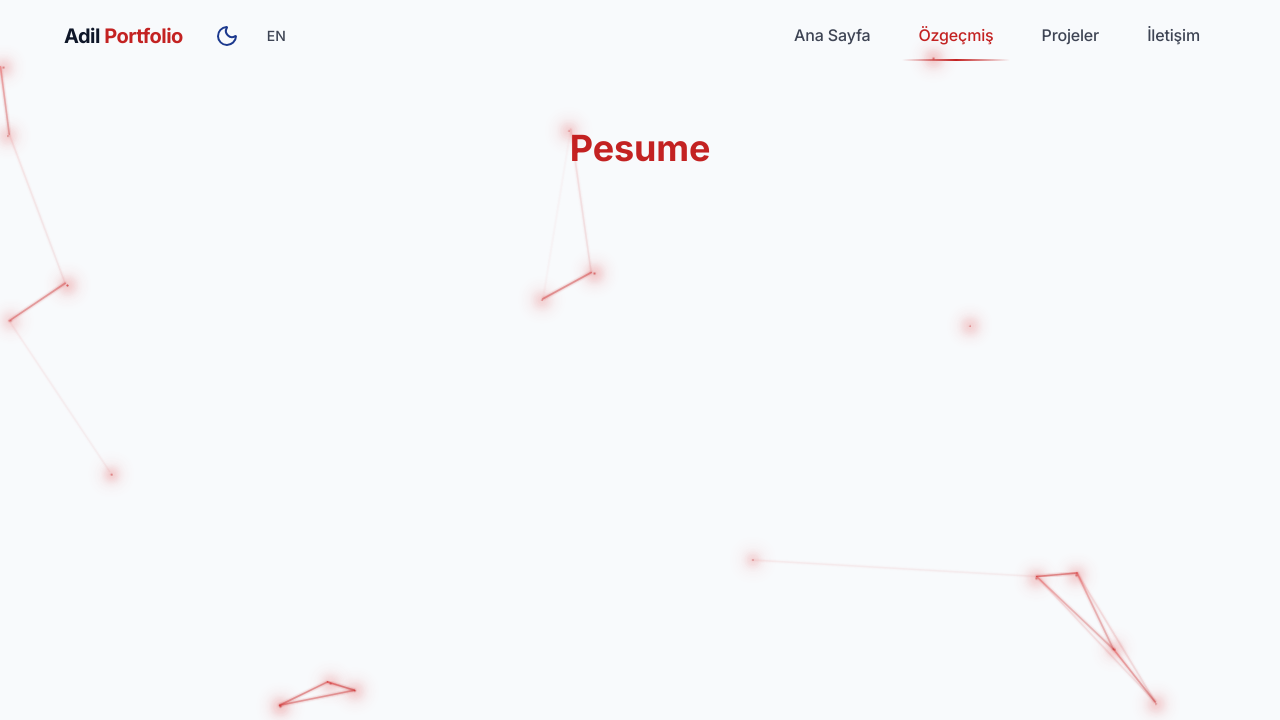
Repository: jusiann/personal-portfolio
Page: /tr/resume (app in my-portfolio/)
An editor plug-in stored every save of this project. The page is shown before and after the next save, followed by the edit.
The browser window is 1280 px wide. The pictures show the whole page.
The project was rebuilt for these pictures with package versions that can differ from the ones it lists, and the page was loaded fresh each time. Also part of the build but not shown: my-portfolio/vite.config.js, my-portfolio/src/components/HomeImage.jsx, my-portfolio/src/components/SocialLinks.jsx, my-portfolio/src/components/HomeCard.jsx, my-portfolio/src/pages/Home.jsx, my-portfolio/src/pages/Projects.jsx, my-portfolio/src/pages/Contact.jsx, my-portfolio/src/pages/NotFound.jsx.

Above is the page before, as saved 2025-11-20 20:34:06.

### my-portfolio/index.html
<!doctype html>
<html lang="en">
  <head>
    <meta charset="UTF-8" />
    <link rel="icon" type="image/svg+xml" href="/vite.svg" />
    <meta name="viewport" content="width=device-width, initial-scale=1.0" />
    <link rel="preconnect" href="https://fonts.googleapis.com">
    <link rel="preconnect" href="https://fonts.gstatic.com" crossorigin>
    <link href="https://fonts.googleapis.com/css2?family=Inter:wght@300;400;500;600;700;800&family=Source+Code+Pro:wght@400;500;600&display=swap" rel="stylesheet">
    <title>my-portfolio</title>
  </head>
  <body>
    <div id="root"></div>
    <script type="module" src="/src/main.jsx"></script>
  </body>
</html>

### my-portfolio/src/App.jsx
import { BrowserRouter, Routes, Route, Navigate, useLocation } from "react-router-dom"
import { AnimatePresence } from "framer-motion"
import { Home } from "./pages/Home";
import { Resume } from "./pages/Resume";
import { Projects } from "./pages/Projects";
import { Contact } from "./pages/Contact";
import { NotFound } from "./pages/NotFound";

function AnimatedRoutes() {
  const location = useLocation();

  return (
    <AnimatePresence mode="wait">
      <Routes location={location} key={location.pathname}>

        {/* TURKISH ROUTES */}
        <Route path="/" element={<Navigate to="/en" replace />} />
        <Route path="/tr" element={<Home />}/>
        <Route path="/tr/resume" element={<Resume />}/>
        <Route path="/tr/projects" element={<Projects />}/>
        <Route path="/tr/contact" element={<Contact />}/>

        {/* ENGLISH ROUTES */}
        <Route path="/en" element={<Home />}/>
        <Route path="/en/resume" element={<Resume />}/>
        <Route path="/en/projects" element={<Projects />}/>
        <Route path="/en/contact" element={<Contact />}/>
        <Route path="*" element={<NotFound />} />
      </Routes>
    </AnimatePresence>
  );
}

function App() {
  return (
    <BrowserRouter>
      <AnimatedRoutes />
    </BrowserRouter>
  )
}

export default App

### my-portfolio/src/pages/Resume.jsx
import {ThemeToggle} from "../components/ThemeToggle";
import {LanguageToggle} from "../components/LanguageToggle";
import {CrimsonWebBackground} from "../components/CrimsonWebBackground";
import {Navbar} from "../components/Navbar";
import {PageTransition} from "../components/PageTransition";


export const Resume = () => {

    return (
        <PageTransition>
        <div className="
                        min-h-screen
                        bg-background
                        text-foreground
                        overflow-x-hidden">
            {/* BACKGROUND EFFECTS */}
            <CrimsonWebBackground />

            {/* NAVBAR */}
            <Navbar />

            {/* MAIN CONTENT */}
            <div className="container pt-32">
                <h1 className="text-4xl font-bold text-primary">Pesume</h1>
                {/* Projects content buraya gelecek */}
            </div>

            {/* FOOTER */}
        </div>
        </PageTransition>
    );
};

### my-portfolio/src/components/CrimsonWebBackground.jsx
import {useEffect, useState, useCallback} from "react";

export const CrimsonWebBackground = () => {
  const [nodes, setNodes] = useState([]);
  const [lines, setLines] = useState([]);

  const generatelines = useCallback((nodeList) => {
    const newLines = [];
    const maxDistance = 25;
    const maxLinesPerNode = 5;
    const nodeLines = new Array(nodeList.length).fill(0);

    for (let i = 0; i < nodeList.length; i++) {
      for (let j = i + 1; j < nodeList.length; j++) {
        if (nodeLines[i] >= maxLinesPerNode ||
            nodeLines[j] >= maxLinesPerNode) {
          continue;
        }

        const dx = nodeList[i].x - nodeList[j].x;
        const dy = nodeList[i].y - nodeList[j].y;
        const distance = Math.sqrt(dx * dx + dy * dy);

        if (distance < maxDistance) {
          newLines.push({
            id: `${i}-${j}`,
            x1: nodeList[i].x,
            y1: nodeList[i].y,
            x2: nodeList[j].x,
            y2: nodeList[j].y,
            opacity: (1 - distance / maxDistance) * 0.7,
            distance: distance,
          });
          nodeLines[i]++;
          nodeLines[j]++;
        }
      }
    }

    setLines(newLines);
  }, []);

  useEffect(() => {
    const generateNodes = () => {
      const numberOfNodes = Math.floor(
        (window.innerWidth * window.innerHeight) / 50000
      );

      const newNodes = [];

      for (let i = 0; i < numberOfNodes; i++) {
        newNodes.push({
          id: i,
          x: Math.random() * 100,
          y: Math.random() * 100,
          size: Math.random() * 2 + 1.5,
          speedX: (Math.random() - 0.5) * 0.05,
          speedY: (Math.random() - 0.5) * 0.05,
          opacity: Math.random() * 0.3 + 0.6,
          pulseDelay: Math.random() * 5,
        });
      }
      setNodes(newNodes);
      generatelines(newNodes);
    };

    generateNodes();

    // GENERATE NODES ON RESIZE
    const handleResize = () => {
      generateNodes();
    };

    window.addEventListener("resize", handleResize);

    return () => {
      window.removeEventListener("resize", handleResize);
    };
  }, [generatelines]);

  useEffect(() => {
    const interval = setInterval(() => {
      setNodes((prevNodes) => {
        const newNodes = prevNodes.map((node) => {
          let newX = node.x + node.speedX;
          let newY = node.y + node.speedY;
          let newSpeedX = node.speedX;
          let newSpeedY = node.speedY;

          // BOUNCE OFF EDGES - REVERSE DIRECTION
          if (newX <= 0 || newX >= 100) {
            newSpeedX = -node.speedX;
            newX = newX <= 0 ? 0 : 100;
          }
          if (newY <= 0 || newY >= 100) {
            newSpeedY = -node.speedY;
            newY = newY <= 0 ? 0 : 100;
          }

          return {
            ...node,
            x: newX,
            y: newY,
            speedX: newSpeedX,
            speedY: newSpeedY,
          };
        });

        generatelines(newNodes);

        return newNodes;
      });
    }, 50);

    return () => clearInterval(interval);
  }, [generatelines]);

  return (
    <div className="fixed inset-0 overflow-hidden pointer-events-none z-0">

      {/* RADIAL GRADIENT */}
      <div className="absolute inset-0 bg-gradient-radial from-transparent via-transparent to-background/50" />

      {/* SVG FOR LINES */}
      <svg className="absolute inset-0 w-full h-full">
        <defs>

          {/* LINE GRADIENT */}
          <linearGradient id="lineGradient" x1="0%" y1="0%" x2="100%" y2="100%">
            <stop offset="0%" className="crimson-stop-start" />
            <stop offset="50%" className="crimson-stop-mid" />
            <stop offset="100%" className="crimson-stop-end" />
          </linearGradient>

          {/* SVG FOR GLOW EFFECT */}
          <filter id="glow">
            <feGaussianBlur stdDeviation="1.2" result="coloredBlur"/>
            <feMerge>
              <feMergeNode in="coloredBlur"/>
              <feMergeNode in="SourceGraphic"/>
            </feMerge>
          </filter>

        </defs>

        {/* RENDER LINES WITH GLOW EFFECT */}
        {
          lines.map((connection) => (
            <line
              key={connection.id}
              x1={`${connection.x1}%`}
              y1={`${connection.y1}%`}
              x2={`${connection.x2}%`}
              y2={`${connection.y2}%`}
              stroke="url(#lineGradient)"
              strokeWidth="1.6"
              opacity={connection.opacity}
              className="web-thread"
              style={{ transition: 'opacity 0.5s ease-out' }}
              filter="url(#glow)"
            />
        ))}
      </svg>

      {/* RENDER NODES WITH PULSE EFFECT */}
      {
        nodes.map((node) => (
          <div
            key={node.id}
            className="web-node animate-web-pulse"
            style={{
              width: node.size + "px",
              height: node.size + "px",
              left: node.x + "%",
              top: node.y + "%",
              opacity: node.opacity,
              animationDelay: node.pulseDelay + "s",
            }}
          />
      ))}
    </div>
  );
};

### my-portfolio/src/components/Navbar.jsx
import {cn} from "../lib/utils";
import {Menu, X} from "lucide-react";
import {useEffect, useState} from "react";
import {useLocation, Link} from "react-router-dom";
import {translations} from "../lib/translations";
import {ThemeToggle} from "./ThemeToggle";
import {LanguageToggle} from "./LanguageToggle";

export const Navbar = () => {
  const [isScrolled, setIsScrolled] = useState(false);
  const [isMenuOpen, setIsMenuOpen] = useState(false);
  const location = useLocation();
  const lang = location.pathname.startsWith('/en') ? 'en' : 'tr';

  const navItems = [
    { name: translations[lang].home, href: `/${lang}` },
    { name: translations[lang].resume, href: `/${lang}/resume`},
    { name: translations[lang].projects, href: `/${lang}/projects` },
    { name: translations[lang].contact, href: `/${lang}/contact` },
  ];

  const isActiveRoute = (href) => {
    if (href === `/${lang}`) {
      return location.pathname === `/${lang}` || location.pathname === `/${lang}/`;
    }
    return location.pathname.startsWith(href);
  };

  useEffect(() => {
    const handleScroll = () => {
      setIsScrolled(window.scrollY > 10);
    };

    window.addEventListener("scroll", handleScroll);
    return () => window.removeEventListener("scroll", handleScroll);
  }, []);

  return (
    <nav
      className={cn(
        "fixed top-0 left-0 right-0 w-full z-50 transition-all duration-300 py-5",
        isScrolled ? "bg-background/80 backdrop-blur-md shadow-lg" : "bg-transparent"
      )}
    >
      <div className="w-[90%] mx-auto flex items-center justify-between h-8">
        <div className="flex items-center gap-6">
          <a
            className="text-xl font-heading font-bold text-primary flex items-center"
            href="#hero"
          >
            <span className="relative z-10">
              <span className="text-glow/50 text-foreground"> Adil </span>{" "}
              Portfolio
            </span>
          </a>

          <div className="flex items-center gap-2">
            <ThemeToggle />
            <LanguageToggle />
          </div>
        </div>

        <div className="hidden md:flex items-center space-x-4">
          {
            navItems.map((item, key) => (
              <Link
                key={key}
                to={item.href}
                className={`relative px-4 py-3 font-medium transition-colors duration-300 group ${
                  isActiveRoute(item.href)
                    ? 'text-primary'
                    : 'text-foreground/80 hover:text-primary'
                }`}
              >
                <div className={`absolute bottom-0 left-0 w-full h-0.5 bg-linear-to-r from-transparent via-primary to-transparent transition-transform duration-500 origin-center ${
                  isActiveRoute(item.href)
                    ? 'scale-x-100'
                    : 'scale-x-0 group-hover:scale-x-100'
                }`}
                />

                <span className="relative z-10">
                  {item.name}
                </span>
              </Link>
          ))}
        </div>

        <button
          onClick={() => setIsMenuOpen((prev) => !prev)}
          className="md:hidden p-2 text-foreground z-50 hover:text-primary transition-colors duration-300"
          aria-label={isMenuOpen ? "Close Menu" : "Open Menu"}
        >
          {isMenuOpen ? <X size={24} /> : <Menu size={24} />}
        </button>

        <div
          className={cn(
            "fixed inset-0 bg-background/95 backdrop-blur-md z-40 flex flex-col items-center justify-center",
            "transition-all duration-300 md:hidden",
            isMenuOpen
              ? "opacity-100 pointer-events-auto"
              : "opacity-0 pointer-events-none"
          )}
        >
          <div className="flex flex-col space-y-8 text-xl">
            {
              navItems.map((item, key) => (
                <Link
                  key={key}
                  to={item.href}
                  className={`relative px-4 py-2 transition-colors duration-300 group ${
                    isActiveRoute(item.href)
                      ? 'text-primary'
                      : 'text-foreground/80 hover:text-primary'
                  }`}
                  onClick={() => setIsMenuOpen(false)}
                >
                  <div className={`absolute bottom-0 left-0 w-full h-0.5 bg-linear-to-r from-transparent via-primary to-transparent transition-transform duration-500 ${
                    isActiveRoute(item.href)
                      ? 'scale-x-100'
                      : 'scale-x-0 group-hover:scale-x-100'
                  }`} />

                  <span className="relative z-10">
                    {item.name}
                  </span>
                </Link>
            ))}
          </div>
        </div>
      </div>
    </nav>
  );
};

### my-portfolio/src/components/PageTransition.jsx
import {motion} from 'framer-motion';

export const PageTransition = ({ children }) => {
    return (
        <>
            {children}

            {/* LEFT TRIANGLE */}
            <motion.div
                className="fixed inset-0 bg-background z-100 pointer-events-none"
                style={{
                    clipPath: 'polygon(0% 0%, 100% 0%, 0% 100%)',
                }}
                initial={{ x: '0%' }}
                animate={{ x: '-100%' }}
                transition={{
                    duration: 0.6,
                    ease: [0.65, 0, 0.35, 1],
                    delay: 0.4
                }}
            />

            {/* RIGHT TRIANGLE */}
            <motion.div
                className="fixed inset-0 bg-background z-100 pointer-events-none"
                style={{
                    clipPath: 'polygon(100% 0%, 100% 100%, 0% 100%)',
                }}
                initial={{ x: '0%' }}
                animate={{ x: '100%' }}
                transition={{
                    duration: 0.6,
                    ease: [0.65, 0, 0.35, 1],
                    delay: 0.4
                }}
            />

            {/* RED DIAGONAL LINE */}
            <motion.div
                className="fixed inset-0 pointer-events-none z-101"
                style={{
                    background: 'linear-gradient(to bottom right, transparent calc(50% - 2px), rgb(220, 38, 38) calc(50% - 2px), rgb(220, 38, 38) calc(50% + 2px), transparent calc(50% + 2px))',
                    filter: 'drop-shadow(0 0 8px rgb(220, 38, 38))',
                }}
                initial={{ opacity: 1 }}
                animate={{ opacity: 0 }}
                transition={{
                    duration: 0.3,
                    ease: "easeOut",
                    delay: 0.3
                }}
            />
        </>
    );
};

### my-portfolio/src/components/ThemeToggle.jsx
import {useEffect, useState} from 'react';
import {Sun, Moon} from 'lucide-react';
import {cn} from '../lib/utils';
import {motion, AnimatePresence} from 'framer-motion';

export const ThemeToggle = () => {
    const [isDarkMode, setIsDarkMode] = useState(false);
    const [isTransitioning, setIsTransitioning] = useState(false);

    useEffect(() => {
        const storedTheme = localStorage.getItem("theme");
        if (storedTheme === "dark") {
            document.documentElement.classList.add("dark");
            setIsDarkMode(true);
        } else {
            document.documentElement.classList.remove("dark");
            setIsDarkMode(false);
        }
    }, []);

    const toggleTheme = () => {
        setIsTransitioning(true);

        setTimeout(() => {
            if (isDarkMode) {
                document.documentElement.classList.remove("dark");
                localStorage.setItem("theme", "light");
                setIsDarkMode(false);
            } else {
                document.documentElement.classList.add("dark");
                localStorage.setItem("theme", "dark");
                setIsDarkMode(true);
            }
        }, 350);

        setTimeout(() => {
            setIsTransitioning(false);
        }, 800);
    };

    return (
        <>
            <button
                onClick={toggleTheme}
                className={cn(
                    "p-2 rounded-full transition-all duration-300",
                    "hover:scale-110 active:scale-95",
                    "focus:outline-hidden"
                )}
            >
                {
                    isDarkMode ? (
                        <Sun className='h-6 w-6 text-yellow-300' />
                    ) : (
                        <Moon className='h-6 w-6 text-blue-900' />
                    )
                }

                {/* <div className="relative w-6 h-6">
                    <Sun
                        className={cn(
                            'absolute inset-0 h-6 w-6 text-yellow-300 transition-all duration-500',
                            isDarkMode ? 'rotate-0 scale-100 opacity-100' : 'rotate-90 scale-0 opacity-0'
                        )}
                    />
                    <Moon
                        className={cn(
                            'absolute inset-0 h-6 w-6 text-blue-900 transition-all duration-500',
                            isDarkMode ? '-rotate-90 scale-0 opacity-0' : 'rotate-0 scale-100 opacity-100'
                        )}
                    />
                </div> */}

            </button>

            {/* THEME TRANSITION */}
            <AnimatePresence>
                {isTransitioning && (
                    <>
                        {/* LEFT TRIANGLE */}
                        <motion.div
                            className="fixed inset-0 bg-background z-200 pointer-events-none"
                            style={{
                                clipPath: 'polygon(0% 0%, 100% 0%, 0% 100%)',
                            }}
                            initial={{ x: '0%' }}
                            animate={{ x: '-100%' }}
                            transition={{
                                duration: 0.6,
                                ease: [0.65, 0, 0.35, 1],
                                delay: 0.4
                            }}
                        />

                        {/* RIGHT TRIANGLE */}
                        <motion.div
                            className="fixed inset-0 bg-background z-200 pointer-events-none"
                            style={{
                                clipPath: 'polygon(100% 0%, 100% 100%, 0% 100%)',
                            }}
                            initial={{ x: '0%' }}
                            animate={{ x: '100%' }}
                            transition={{
                                duration: 0.6,
                                ease: [0.65, 0, 0.35, 1],
                                delay: 0.4
                            }}
                        />

                        {/* RED DIAGONAL LINE */}
                        <motion.div
                            className="fixed inset-0 pointer-events-none z-201"
                            style={{
                                background: 'linear-gradient(to bottom right, transparent calc(50% - 2px), rgb(220, 38, 38) calc(50% - 2px), rgb(220, 38, 38) calc(50% + 2px), transparent calc(50% + 2px))',
                                filter: 'drop-shadow(0 0 8px rgb(220, 38, 38))',
                            }}
                            initial={{ opacity: 1 }}
                            animate={{ opacity: 0 }}
                            transition={{
                                duration: 0.3,
                                ease: "easeOut",
                                delay: 0.3
                            }}
                        />
                    </>
                )}
            </AnimatePresence>
        </>
    );
};

### my-portfolio/src/components/LanguageToggle.jsx
import {useNavigate, useLocation } from 'react-router-dom';
import {cn} from '../lib/utils';

export const LanguageToggle = () => {
    const navigate = useNavigate();
    const location = useLocation();
    const currentLang = location.pathname.startsWith('/en') ? 'en' : 'tr';

    const toggleLanguage = () => {
        const newLang = currentLang === 'tr' ? 'en' : 'tr';
        navigate(`/${newLang}${location.hash}`);
    };

    return (
        <button
            onClick={toggleLanguage}
            className={cn(
                "px-3 py-2 transition-all duration-300",
                "hover:scale-110 active:scale-95",
                "focus:outline-none text-foreground/80 hover:text-foreground",
                "text-sm font-medium uppercase"
            )}
        >
            {currentLang === 'tr' ? 'EN' : 'TR'}
        </button>
    );
};

Loaded but not shown: my-portfolio/src/main.jsx (common file); my-portfolio/src/lib/translations.js (library); my-portfolio/src/lib/utils.js (19 lines, source omitted); my-portfolio/src/components/ResumeCard.jsx (235 lines, source omitted); my-portfolio/src/index.css (267 lines, source omitted)

After the next save:
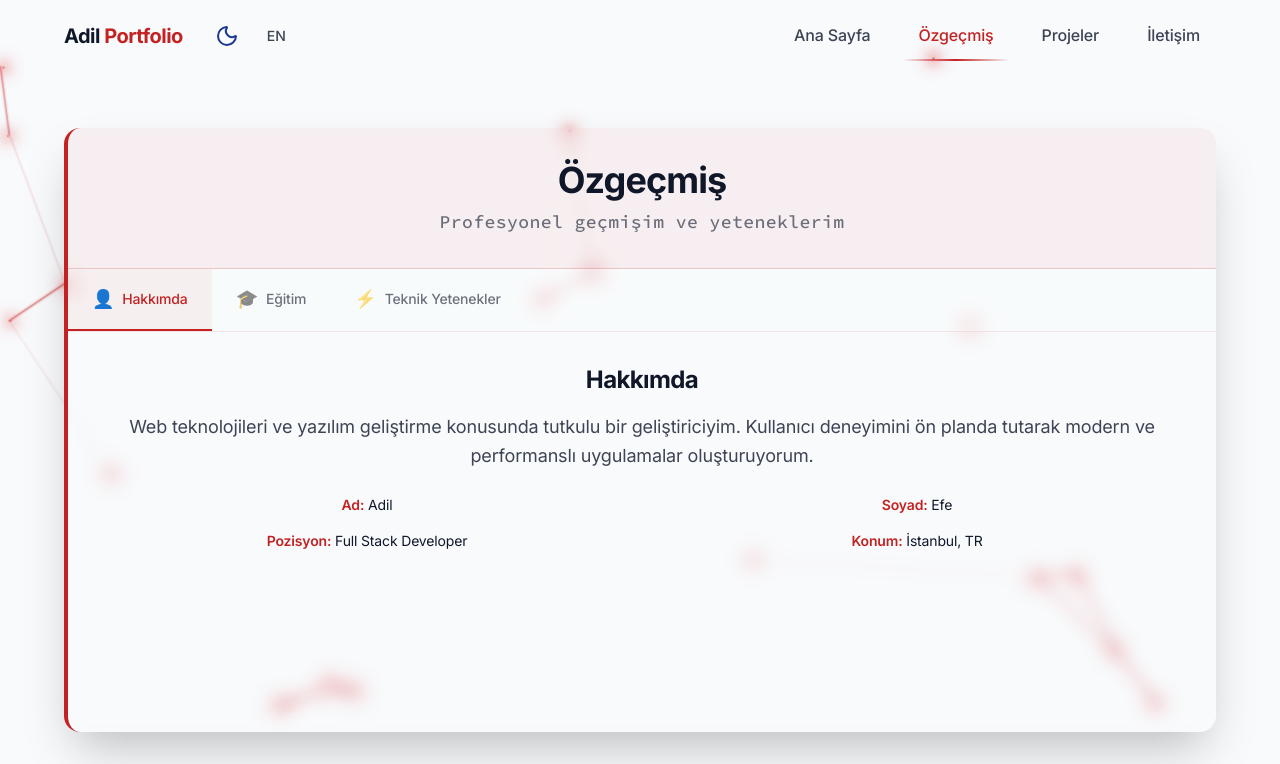
Saved 9 s later.
--- a/my-portfolio/src/pages/Resume.jsx
+++ b/my-portfolio/src/pages/Resume.jsx
@@ -1,8 +1,7 @@
-import {ThemeToggle} from "../components/ThemeToggle";
-import {LanguageToggle} from "../components/LanguageToggle";
 import {CrimsonWebBackground} from "../components/CrimsonWebBackground";
 import {Navbar} from "../components/Navbar";
 import {PageTransition} from "../components/PageTransition";
+import {ResumeCard} from "../components/ResumeCard";
 
 
 export const Resume = () => {
@@ -21,10 +20,7 @@ export const Resume = () => {
             <Navbar />
 
             {/* MAIN CONTENT */}
-            <div className="container pt-32">
-                <h1 className="text-4xl font-bold text-primary">Pesume</h1>
-                {/* Projects content buraya gelecek */}
-            </div>
+            <ResumeCard />
 
             {/* FOOTER */}
         </div>
